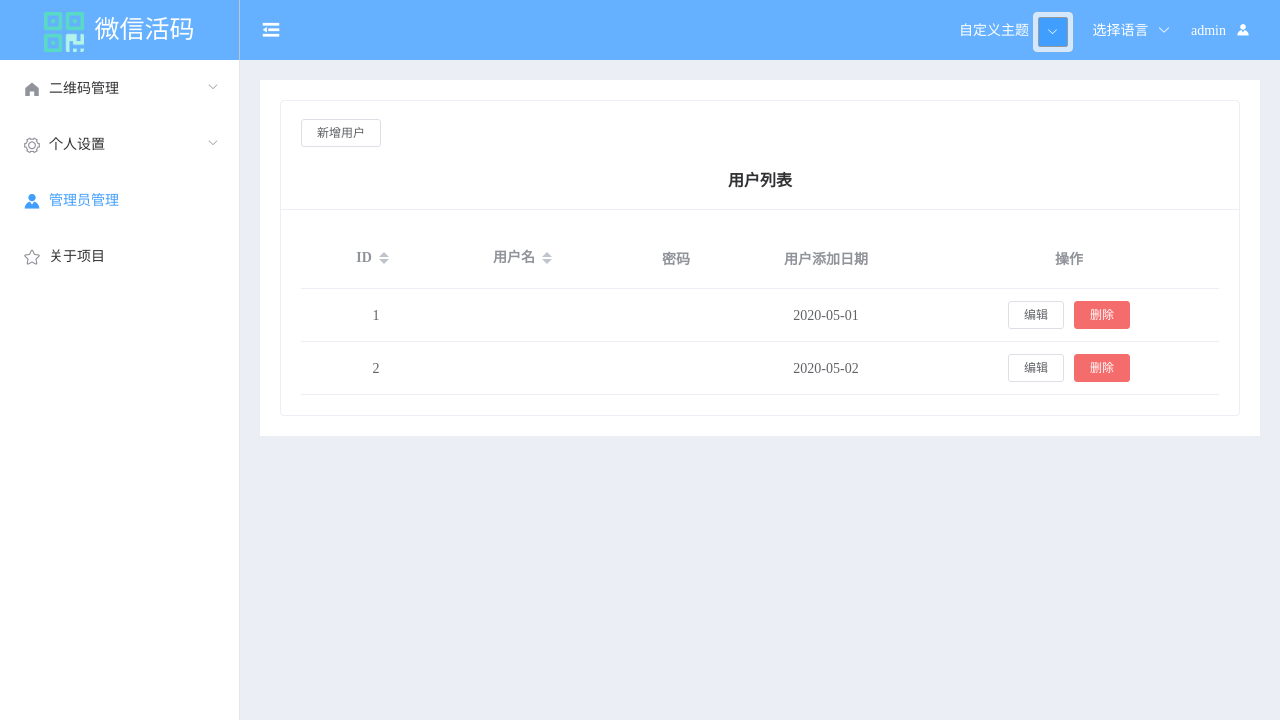
Repository: pioneer22/qrcode
Page: /#/manager
These files come from the project's save history. The page is drawn as it stood at one moment and after the next save; the edit follows.
The browser window is 1280 px wide. The pictures show the whole page.
The page's requests for data from a server got no answer. An inner scrolling area shows only its first screen. The project was rebuilt for these pictures with package versions that can differ from the ones it lists, and the page was loaded fresh each time. No one was signed in, and anything a server would have sent is missing. Also part of the build but not shown: vue.config.js, src/views/layout/TheLayoutSubSidebar.vue.

Above is the page before, as saved 2020-05-13 11:45:09.

### public/index.html
<!DOCTYPE html>
<html lang="en">

<head>
  <meta charset="utf-8">
  <meta http-equiv="X-UA-Compatible" content="IE=edge">
  <meta name="viewport" content="width=device-width,initial-scale=1.0">
  <link rel="icon" href="<%= BASE_URL %>favicon.ico">
  <title>Qrcode</title>
</head>

<body>
  <noscript>
    <strong>We're sorry but llplatform doesn't work properly without JavaScript enabled. Please enable it to
      continue.</strong>
  </noscript>
  <div id="app"></div>
  <!-- built files will be auto injected -->
</body>

</html>

### src/App.vue
<template>
  <div id="app">
    <router-view />
  </div>
</template>

<style lang="scss">
  #app {
    height: 100%;
  }
</style>

### src/assets/css/common.scss
html, body {
  height: 100%;
}

* {
  box-sizing: border-box;
  margin: 0;
  padding: 0;
}

/* Chrome 滚动条优化 */
* {
  &::-webkit-scrollbar { /*滚动条整体样式*/
    width: 8px; /*高宽分别对应横竖滚动条的尺寸*/
    height: 8px;
  }

  &::-webkit-scrollbar-thumb { /*滚动条里面小方块*/
    border-radius: 8px;
    background-color: hsla(220, 4%, 58%, .3);
    transition: background-color .3s;

    &:hover {
      background: #bbb;
    }
  }

  &::-webkit-scrollbar-track { /*滚动条里面轨道*/
    background: #EDEDED;
  }
}

### src/router/whiteList.js
/* 免登录白名单页面 */
const whiteList = [
  '/error/403',
  '/error/404',
  '/error/500',
  '/login',
  '/register'
]

export default whiteList

### src/views/layout/TheLayout.vue
<template>
  <el-row class="page">
    <el-col :span="24" style="position: absolute;">
      <the-header :open-nav="openNav" @toggle-open="toggleOpen"></the-header>
    </el-col>
    <el-col :span="24" class="page-main">
      <the-sidebar :open-nav="openNav"></the-sidebar>
      <section class="page-content" :class="{'page-content-hide-aside': !openNav}">
        <the-main></the-main>
        <the-footer></the-footer>
      </section>
    </el-col>
  </el-row>
</template>

<script>
  import TheLayoutHeader from './TheLayoutHeader'
  import TheLayoutSidebar from './TheLayoutSidebar'
  import TheLayoutFooter from './TheLayoutFooter'
  import TheLayoutMain from './TheLayoutMain'

  export default {
    name: 'TheLayout',
    data() {
      return {
        openNav: true
      }
    },
    created() {
      // 判断是否登陆，未登录返回登陆界面
      /*   if (!localStorage.getItem('user-token')) {
          this.$router.push('/login')
        } */
    },
    methods: {
      toggleOpen() {
        this.openNav = !this.openNav
      }
    },
    components: {
      'the-header': TheLayoutHeader,
      'the-sidebar': TheLayoutSidebar,
      'the-footer': TheLayoutFooter,
      'the-main': TheLayoutMain
    }
  }
</script>

<style scoped lang="scss">
  .page {
    position: absolute;
    left: 0;
    top: 0;
    height: 100%;
    width: 100%;

    .page-main {
      box-sizing: border-box;
      padding-top: 60px;
      height: 100%;

      .page-content {
        overflow: auto;
        margin-left: 240px;
        height: 100%;
        background-color: #EBEEF5;
      }

      .page-content-hide-aside {
        margin-left: 65px;
      }
    }
  }
</style>

### src/views/pages/PageManager.vue
<template>
  <div>
    <el-card class="card" shadow="hover">
      <div slot="header">
        <el-button size="mini" @click="handleAddChild">新增用户</el-button>
        <div style="text-align: center;padding-top: 20px;">
          <b>用户列表</b>
        </div>
      </div>

      <el-table :data="tableData" style="width: 100%">
        <el-table-column label="ID" width="150" sortable prop="id">
          <template slot-scope="scope">
            <span>{{ scope.row.id }}</span>
          </template>
        </el-table-column>

        <el-table-column label="用户名" width="150" sortable prop="name">
          <template slot-scope="scope">
            <span>{{ scope.row.name }}</span>
          </template>
        </el-table-column>

        <el-table-column label="密码" width="150">
          <template slot-scope="scope">
            <span>{{ scope.row.password }}</span>
          </template>
        </el-table-column>

        <el-table-column label="用户添加日期" width="150">
          <template slot-scope="scope">
            <span>{{ scope.row.date }}</span>
          </template>
        </el-table-column>

        <el-table-column label="操作" fixed="right" width="300">
          <template slot-scope="scope">
            <el-button size="mini" @click="handleEditCurrentChild(scope.$index, scope.row)">编辑</el-button>
            <el-button size="mini" type="danger" @click="handleDeleteChild(scope.$index, scope.row)">删除</el-button>
          </template>
        </el-table-column>
      </el-table>
    </el-card>
  </div>
</template>

<script>
  import { changeTitle } from '@/api/qrcode'
  export default {
    name: 'PageQrcodeManage',
    data() {
      return {
        tableData: [{
          id: 1,
          date: '2020-05-01',
          // img: require('@/assets/img/about/my-logo.png'),
          img: "https://s1.ax1x.com/2020/05/11/YJubOe.jpg",
          title: '活码1',
          sortid: 2
        },
        {
          id: 2,
          date: '2020-05-02',
          img: require('@/assets/img/about/my-logo.png'),
          title: '活码2',
          sortid: 1
        }],

        childDatas: [],
        childData: {},

        childImg: '',
        childTitle: ''
      }
    },

    computed: {
      rules() {
        return {
          title: [
            { required: true, message: '请输入子码标题', trigger: 'blur' },
            { min: 2, max: 50, message: '长度在 2 个字符以上', trigger: 'blur' }
          ],
          sortid: [
            { required: true, message: '请输入排序值', trigger: 'blur' },
            { type: 'number', message: '请输入数字', trigger: 'blur' }
          ]
        }
      }
    },

    watch: {
      'childData.sortid': {
        handler() {
          this.childData.sortid = parseInt(this.childData.sortid)
        }
      }
    },

    methods: {
      // 编辑活码，修改标题
      handleEdit(index, row) {
        let id = row.id
        this.$MessageBox.prompt(`请输入ID为${id}的活码要更新的标题~`, '提示', {
          confirmButtonText: '确定',
          cancelButtonText: '取消',
          inputValidator: (value) => { return value.length < 2 ? '标题长度小于2' : true },
        }).then(({ value }) => {
          let params = { title: value, id }
          changeTitle(params).then(data => {
            console.log("changeTitle:", data)
          }).catch(err => {
            console.log("changeTitleErr:", err)
          })
        }).catch(() => { });
      },

      // 编辑子码
      handleEditChild(index, row) {
        this.childDatas = this.tableData
        this.show = 2
      },

      // 删除活码
      handleDelete(index, row) {
        let id = row.id
        this.$MessageBox.confirm(`此操作将永久删除ID为${id}的活码, 是否继续?`, '提示', {
          confirmButtonText: '确定',
          cancelButtonText: '取消',
          type: 'warning'
        }).then(() => {
          this.tableData.splice(index, 1)
          /* this.$message({
            type: 'success',
            message: '删除成功!'
          }); */
        }).catch(() => { });
      },

      // 下载活码
      handleDownload(index, row) {
        const image = new Image();
        // 解决跨域 canvas 污染问题
        image.setAttribute('crossOrigin', 'anonymous');
        image.onload = function () {
          const canvas = document.createElement('canvas');
          canvas.width = image.width;
          canvas.height = image.height;
          const context = canvas.getContext('2d');
          context.drawImage(image, 0, 0, image.width, image.height);
          const url = canvas.toDataURL('image/png');
          // 生成一个 a 标签
          const a = document.createElement('a');
          // 创建一个点击事件
          const event = new MouseEvent('click');
          // 将 a 的 download 属性设置为我们想要下载的图片的名称，若 name 不存在则使用'图片'作为默认名称
          a.download = row.title || '图片';
          // 将生成的 URL 设置为 a.href 属性
          a.href = url;
          // 触发 a 的点击事件
          a.dispatchEvent(event);
        };
        image.src = row.img
      },

      // 新增子码
      handleAddChild() {
        this.childTitle = '新增子码'
        this.show = 3
        this.childData = {
          title: '子码标题',
          sortid: 1,
          url: ''
        }
      },

      // 编辑选中子码
      handleEditCurrentChild(index, row) {
        this.childTitle = '编辑子码'
        this.childData = row
        this.childData['name'] = this.childData['title']
        this.childData['url'] = this.childData['img']
        this.show = 3
      },

      // 删除选中子码
      handleDeleteChild(index, row) {
        let id = row.id
        this.$MessageBox.confirm(`此操作将永久删除ID为${id}的子码, 是否继续?`, '提示', {
          confirmButtonText: '确定',
          cancelButtonText: '取消',
          type: 'warning'
        }).then(() => {
          this.childDatas.splice(index, 1)
        }).catch(() => { });
      },

      // 返回上一页
      backPage() {
        this.show = this.show - 1
        if (this.show === 2) {
          // 重新请求，刷新数据
          this.childData = {}
        }
      },

      handleChange(file, fileList) {
        this.$refs.upload.clearFiles();
        let fileName = file.name;
        let regex = /(.jpg|.jpeg|.gif|.png|.bmp)$/;
        if (regex.test(fileName.toLowerCase())) {
          this.childImg = URL.createObjectURL(file.raw)  // 获取URL
        } else {
          this.$message.error('请选择图片文件');
        }
      },

      // 提交更改
      submitForm(formName) {
        this.$refs[formName].validate((valid) => {
          if (valid) {
            // 手动上传文件,当点击确定再上传图片
            this.$refs.upload.submit();

            // 将数据图片传到后台处理
            // console.log("submitForm", this.fileList)
            // alert('submit!')
          } else {
            return false
          }
        })
      },

      beforeUpload(file) {
        console.log("beforeUpload:", file)
      },

      // 图片上传成功
      handleSuccess(response, file, fileList) {
        // this.childImg = res.data
        // this.childData = fileList[0]
        this.childImg = fileList[0].url
        console.log("file:", fileList)
      }
    }
  }
</script>

<style scoped>
  .card {
    /* min-width: fit-content; */
    max-width: 100%;
  }

  .el-table th>>>.cell {
    text-align: center;
  }

  .el-table>>>.cell {
    text-align: center;
  }
</style>

### src/views/layout/TheLayoutHeader.vue
<template>
  <el-header class="header el-button--primary">
    <router-link to="/index">
      <div class="logo" :class="{'logo-hide': !openNav}">
        <img src="../../assets/qrcode.png" class="image" />
        <span class="text">{{ $t('header.qrcode') }}</span>
      </div>
    </router-link>
    <div class="content">
      <i class="el-icon-s-fold toggle" @click="navOpenToggle" :title="$t('header.toggleNavHide')" v-show="openNav"></i>
      <i class="el-icon-s-unfold toggle" @click="navOpenToggle" :title="$t('header.toggleNavShow')"
        v-show="!openNav"></i>
    </div>
    <div class="right max-right">
      <div class="right-item">
        {{ $t('header.themeChange') }}
        <theme-picker></theme-picker>
      </div>
      <div class="right-item" @click="clickLangue">
        <el-dropdown trigger="click" @command="changeLanguage" id="langDropDown">
          <p class="user-info">
            {{ $t('header.languageSelect') }}
            <i class="el-icon-arrow-down el-icon--right drop-icon" id="langDropIcon"></i>
          </p>
          <el-dropdown-menu slot="dropdown">
            <el-dropdown-item command="zh-cn" :disabled="this.lang==='zh-cn'">
              {{$t('header.langZh')}}
            </el-dropdown-item>
            <el-dropdown-item command="en" :disabled="this.lang==='en'">
              {{$t('header.langEn')}}
            </el-dropdown-item>
          </el-dropdown-menu>
        </el-dropdown>
      </div>
      <div class="right-item">
        <el-dropdown trigger="click">
          <p class="user-info">
            {{ user.name }}<i class="el-icon-s-custom" style="margin-left: 10px"></i>
          </p>
          <el-dropdown-menu slot="dropdown">
            <el-dropdown-item>
              <router-link to="/user/password">
                <el-link :underline="false">{{$t('header.modifyPass')}}</el-link>
              </router-link>
            </el-dropdown-item>
            <el-dropdown-item divided @click.native="logout()">
              {{$t('header.logout')}}
            </el-dropdown-item>
          </el-dropdown-menu>
        </el-dropdown>
      </div>
    </div>
    <div class="right min-right">
      <el-dropdown trigger="click" :hide-on-click="false">
        <p class="user-info">
          <i class="el-icon-s-custom"></i>
        </p>
        <el-dropdown-menu slot="dropdown">
          <el-dropdown-item>
            {{ user.name }}
          </el-dropdown-item>
          <el-dropdown-item divided>
            {{ $t('header.themeChange') }}
            <theme-picker></theme-picker>
          </el-dropdown-item>
          <el-dropdown-item>
            <el-dropdown trigger="click" @command="changeLanguage" placement="left">
              <p class="user-info">
                {{ $t('header.languageSelect') }}
                <i class="el-icon-arrow-down el-icon--right drop-icon"></i>
              </p>
              <el-dropdown-menu slot="dropdown">
                <el-dropdown-item command="zh-cn" :disabled="this.lang==='zh-cn'">
                  {{$t('header.langZh')}}
                </el-dropdown-item>
                <el-dropdown-item command="en" :disabled="this.lang==='en'">
                  {{$t('header.langEn')}}
                </el-dropdown-item>
              </el-dropdown-menu>
            </el-dropdown>
          </el-dropdown-item>
          <el-dropdown-item divided @click.native="logout()">
            {{$t('header.logout')}}
          </el-dropdown-item>
        </el-dropdown-menu>
      </el-dropdown>
    </div>
  </el-header>
</template>

<script>
  import { mapState } from 'vuex'
  import ThemePicker from '@/components/ThemePicker'

  export default {
    name: 'TheLayoutHeader',
    props: ['openNav'],
    components: {
      ThemePicker
    },
    data() {
      const lang = localStorage.getItem('user-language') || 'zh-cn'
      return {
        langDrop: false,
        lang: lang
      }
    },
    computed: {
      ...mapState(['user'])
    },
    methods: {
      navOpenToggle() {
        this.$emit('toggle-open')
      },
      logout() {
        // do something
        this.$router.push('/login')
      },
      changeLanguage(language) {
        localStorage.setItem('user-language', language)
        this.$i18n.locale = language
        this.lang = language
      },
      clickLangue() {
        let langDropIcon = document.getElementById('langDropIcon')
        if (this.langDrop) {
          langDropIcon.style.transform = 'rotate(0deg)'
        } else {
          langDropIcon.style.transform = 'rotate(-180deg)'
        }
        this.langDrop = !this.langDrop
      }
    }
  }
</script>

<style scoped lang="scss">
  .header {
    color: #ffffff;
    line-height: 60px;
    user-select: none;

    div {
      display: inline-block;
    }

    .logo {
      width: 240px;
      border-right: 1px solid #C0C4CC;
      margin-left: -20px;
      text-align: center;
      font-size: 25px;
      cursor: pointer;

      .image {
        width: 40px;
        height: 40px;
        vertical-align: middle;
      }

      .text {
        padding-left: 10px;
        color: #ffffff;
      }
    }

    .logo-hide {
      width: 65px;

      .text {
        display: none;
      }
    }

    .content {
      padding: 0 20px;

      .toggle {
        font-size: 22px;
        cursor: pointer;
      }
    }

    .right {
      float: right;

      .right-item {
        display: inline-block;
        padding: 0 10px;
        min-width: 60px;
        text-align: center;
        font-size: 14px;
        cursor: pointer;

        .drop-icon {
          transition: transform 0.2s;
        }
      }

      .right-item:hover {
        background-color: rgba(255, 255, 255, 0.3);
      }

      .user-info {
        color: #ffffff;
      }
    }

    .min-right {
      display: none;
    }
  }

  @media (max-width: 768px) {
    .header {
      .logo {
        border: none;
        display: contents;

        .text {
          display: inline-block !important;
        }
      }

      .content {
        float: left;
        margin-left: -20px;
      }
    }

    .max-right {
      display: none !important;
    }

    .min-right {
      display: inline-block !important;
    }
  }
</style>

### src/views/layout/TheLayoutSidebar.vue
<template>
  <aside class="sidebar" :class="{'sidebar-hide': !openNav}">
    <el-menu :default-active="selectMenu" class="sidebar-menu" :collapse="!openNav"
             :collapse-transition="false" :router="true">
      <template v-for="menu in user.accessMenu">
        <el-menu-item v-if="!menu.children" :key="menu.name" :index="menu.path">
          <i :class="menu.icon" v-if="menu.icon"></i>
          <span slot="title">{{ $t(menu.title) }}</span>
        </el-menu-item>
        <the-submenu :key="menu.name" :subMenu="menu" v-else :i18n="i18n"></the-submenu>
      </template>
    </el-menu>
  </aside>
</template>

<script>
import TheLayoutSubSidebar from './TheLayoutSubSidebar'
import { mapState } from 'vuex'

export default {
  name: 'TheLayoutSidebar',
  props: ['openNav'],
  components: {
    'the-submenu': TheLayoutSubSidebar
  },
  computed: {
    selectMenu () {
      return this.$route.meta.menuPath || this.$route.path
    },
    ...mapState(['user'])
  },
  methods: {
    i18n: function (key) {
      return this.$t(key)
    }
  }
}
</script>

<style scoped lang="scss">
.sidebar {
  float: left;
  width: 240px;
  height: 100%;
  border-right: 1px solid #e6e6e6;
  overflow: auto;

  .sidebar-menu {
    border: none;
    height: 100%;
  }
}

.sidebar-hide {
  width: 65px;
}
</style>

### src/views/layout/TheLayoutFooter.vue
<template>
  <footer class="footer">
    广州汇美舍天然用品连锁有限公司
  </footer>
</template>

<script>
  export default {
    name: 'TheLayoutHeader'
  }
</script>

<style scoped>
  .footer {
    height: 40px;
    line-height: 40px;
    text-align: center;
    border-top: 1px solid #e6e6e6;
    background-color: #ffffff;
  }
</style>

### src/views/layout/TheLayoutMain.vue
<template>
  <el-main class="page-sub-main">
    <transition name="fade" mode="out-in">
      <router-view class="main-body"></router-view>
    </transition>
  </el-main>
</template>

<script>
  export default {
    name: 'TheLayoutMain'
  }
</script>

<style scoped>
  .page-sub-main {
    color: #666666;
    min-height: 100%;
    overflow: visible;
    /* min-width: fit-content; */
    max-width: 100%;

  }

  .main-body {
    background-color: #ffffff;
    padding: 20px;
    min-height: 100%;
  }
</style>

### src/api/qrcode.js
import { request } from '../utils/request'

// 修改活码标题
export const changeTitle = params => {
  return request('/api/qrcode/editTitle', params)
}

### src/components/ThemePicker.vue
<template>
  <el-color-picker
    v-model="theme"
    class="theme-picker"
    :predefine="predefineColors"
    popper-class="theme-picker-dropdown"/>
</template>

<script>
const version = require('element-ui/package.json').version // element-ui version from node_modules
const ORIGINAL_THEME = '#409EFF' // default color
export default {
  data () {
    return {
      chalk: '', // content of theme-chalk css
      predefineColors: [
        '#409EFF',
        '#fa541c',
        '#fa8c16',
        '#faad14',
        '#fadb14',
        '#a0d911',
        '#52c41a',
        '#13c2c2',
        '#1890ff',
        '#2f54eb',
        '#722ed1',
        '#eb2f96',
        '#f5222d'
      ],
      theme: ORIGINAL_THEME
    }
  },
  watch: {
    theme (val, oldVal) {
      if (typeof val !== 'string') return
      const themeCluster = this.getThemeCluster(val.replace('#', ''))
      const originalCluster = this.getThemeCluster(oldVal.replace('#', ''))
      const getHandler = (variable, id) => {
        return () => {
          const originalCluster = this.getThemeCluster(ORIGINAL_THEME.replace('#', ''))
          const newStyle = this.updateStyle(this[variable], originalCluster, themeCluster)
          let styleTag = document.getElementById(id)
          if (!styleTag) {
            styleTag = document.createElement('style')
            styleTag.setAttribute('id', id)
            document.head.appendChild(styleTag)
          }
          styleTag.innerText = newStyle
        }
      }
      const chalkHandler = getHandler('chalk', 'chalk-style')
      if (!this.chalk) {
        const url = `https://unpkg.com/element-ui@${version}/lib/theme-chalk/index.css`
        this.getCSSString(url, chalkHandler, 'chalk')
      } else {
        chalkHandler()
      }
      const styles = [].slice.call(document.querySelectorAll('style'))
        .filter(style => {
          const text = style.innerText
          return new RegExp(oldVal, 'i').test(text) && !/Chalk Variables/.test(text)
        })
      styles.forEach(style => {
        const { innerText } = style
        if (typeof innerText !== 'string') return
        style.innerText = this.updateStyle(innerText, originalCluster, themeCluster)
      })
      localStorage.setItem('user-theme', val)
    }
  },
  methods: {
    updateStyle (style, oldCluster, newCluster) {
      let newStyle = style
      oldCluster.forEach((color, index) => {
        newStyle = newStyle.replace(new RegExp(color, 'ig'), newCluster[index])
      })
      return newStyle
    },
    getCSSString (url, callback, variable) {
      const xhr = new XMLHttpRequest()
      xhr.onreadystatechange = () => {
        if (xhr.readyState === 4 && xhr.status === 200) {
          this[variable] = xhr.responseText.replace(/@font-face{[^}]+}/, '')
          callback()
        }
      }
      xhr.open('GET', url)
      xhr.send()
    },
    getThemeCluster (theme) {
      const tintColor = (color, tint) => {
        let red = parseInt(color.slice(0, 2), 16)
        let green = parseInt(color.slice(2, 4), 16)
        let blue = parseInt(color.slice(4, 6), 16)
        if (tint === 0) { // when primary color is in its rgb space
          return [red, green, blue].join(',')
        } else {
          red += Math.round(tint * (255 - red))
          green += Math.round(tint * (255 - green))
          blue += Math.round(tint * (255 - blue))
          red = red.toString(16)
          green = green.toString(16)
          blue = blue.toString(16)
          return `#${red}${green}${blue}`
        }
      }
      const shadeColor = (color, shade) => {
        let red = parseInt(color.slice(0, 2), 16)
        let green = parseInt(color.slice(2, 4), 16)
        let blue = parseInt(color.slice(4, 6), 16)
        red = Math.round((1 - shade) * red)
        green = Math.round((1 - shade) * green)
        blue = Math.round((1 - shade) * blue)
        red = red.toString(16)
        green = green.toString(16)
        blue = blue.toString(16)
        return `#${red}${green}${blue}`
      }
      const clusters = [theme]
      for (let i = 0; i <= 9; i++) {
        clusters.push(tintColor(theme, Number((i / 10).toFixed(2))))
      }
      clusters.push(shadeColor(theme, 0.1))
      return clusters
    }
  },
  mounted () {
    const lastTheme = localStorage.getItem('user-theme') || ORIGINAL_THEME
    this.theme = lastTheme
  }
}
</script>

<style>
.theme-picker .el-color-picker__trigger {
  vertical-align: middle;
  background-color: rgba(255, 255, 255, 0.7);
}

.theme-picker-dropdown .el-color-dropdown__link-btn {
  display: none;
}
</style>

Loaded but not shown: src/utils/request.js (134 lines, source omitted); src/router/staticRouter.js (144 lines, source omitted); src/store/index.js (98 lines, source omitted); src/main.js (129 lines, source omitted); src/assets/lang/en.js (97 lines, source omitted); src/assets/lang/zh-cn.js (100 lines, source omitted); src/router/index.js (66 lines, source omitted); src/api/user.js (60 lines, source omitted)

After the next save:
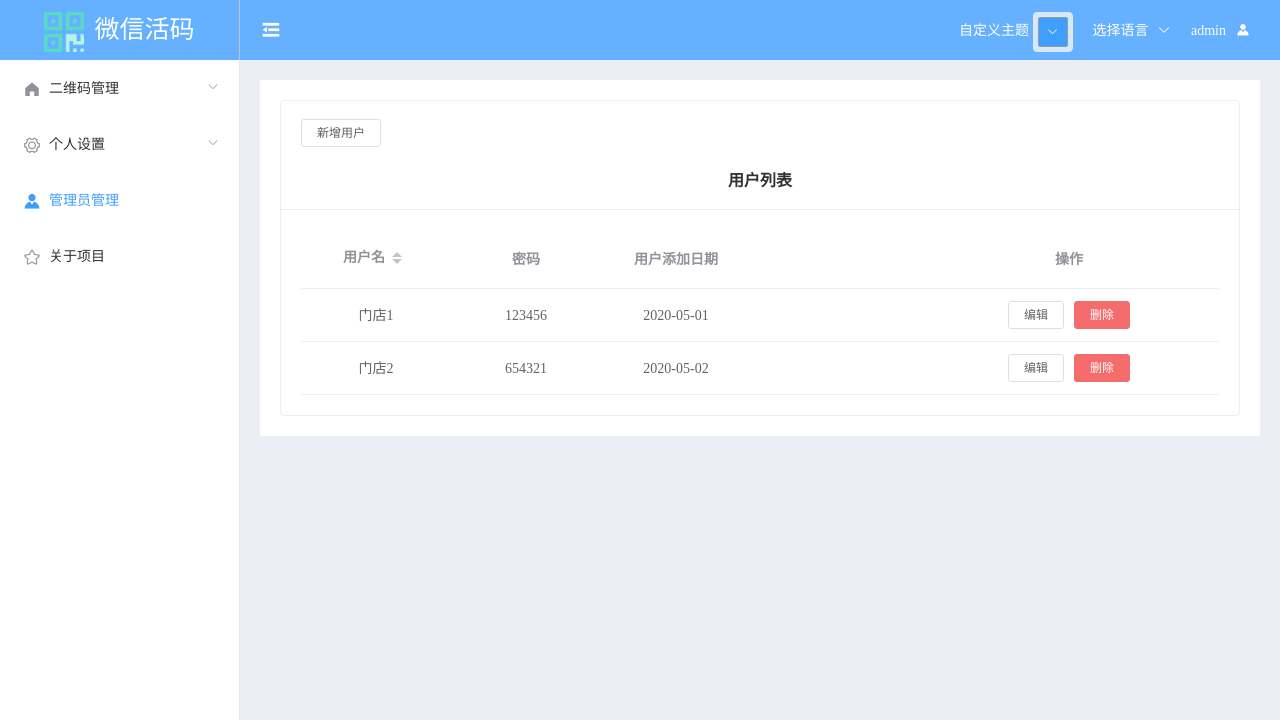
Saved 111 s later.
--- a/src/views/pages/PageManager.vue
+++ b/src/views/pages/PageManager.vue
@@ -9,11 +9,6 @@
       </div>
 
       <el-table :data="tableData" style="width: 100%">
-        <el-table-column label="ID" width="150" sortable prop="id">
-          <template slot-scope="scope">
-            <span>{{ scope.row.id }}</span>
-          </template>
-        </el-table-column>
 
         <el-table-column label="用户名" width="150" sortable prop="name">
           <template slot-scope="scope">
@@ -51,19 +46,17 @@
     data() {
       return {
         tableData: [{
-          id: 1,
           date: '2020-05-01',
           // img: require('@/assets/img/about/my-logo.png'),
-          img: "https://s1.ax1x.com/2020/05/11/YJubOe.jpg",
-          title: '活码1',
-          sortid: 2
+          name: "门店1",
+          password: '123456',
+
         },
         {
-          id: 2,
           date: '2020-05-02',
-          img: require('@/assets/img/about/my-logo.png'),
-          title: '活码2',
-          sortid: 1
+          // img: require('@/assets/img/about/my-logo.png'),
+          name: "门店2",
+          password: '654321',
         }],
 
         childDatas: [],
